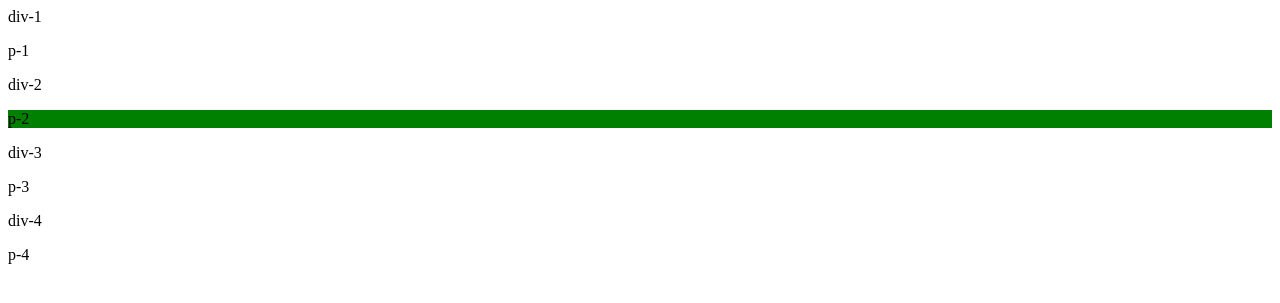
Repository: harin1212/PDA-frontend
Page: day3/selector_test.html
These files come from the project's save history. The page is drawn as it stood at one moment and after the next save; the edit follows.
The browser window is 1280 px wide. The pictures show the whole page.

Above is the page before, as saved 2023-07-31 10:56:39.

### day3/selector_test.html
<!DOCTYPE html>
<html lang="en">
<head>
    <meta charset="UTF-8">
    <meta name="viewport" content="width=device-width, initial-scale=1.0">
    <title>Selector Test</title>
    <style>
        /*div:first-child{
            border: 2px solid silver;
        }*/
        /*div:first-of-type{
            background-color: green;
        }*/
        p:nth-child(3n+1){
            background-color: green;
        }


    </style>
</head>
<!-- body : 형제 -->
<body>
    <!-- div, p : 자식 -->
    <div>div-1</div>
    <p>p-1</p>
    <div>div-2</div>
    <p>p-2</p>
    <div>div-3</div>
    <p>p-3</p>
    <div>div-4</div>
    <p>p-4</p>
</body>
</html>

After the next save:
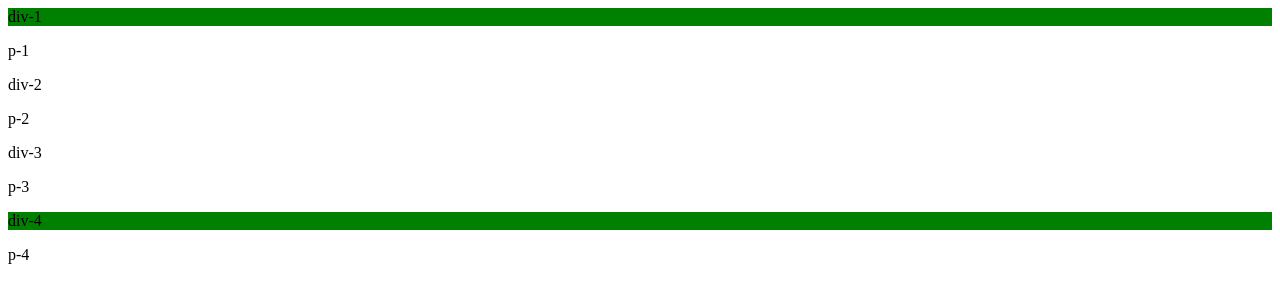
Saved 84 s later.
--- a/day3/selector_test.html
+++ b/day3/selector_test.html
@@ -11,7 +11,7 @@
         /*div:first-of-type{
             background-color: green;
         }*/
-        p:nth-child(3n+1){
+        div:nth-child(3n+1){
             background-color: green;
         }
 
